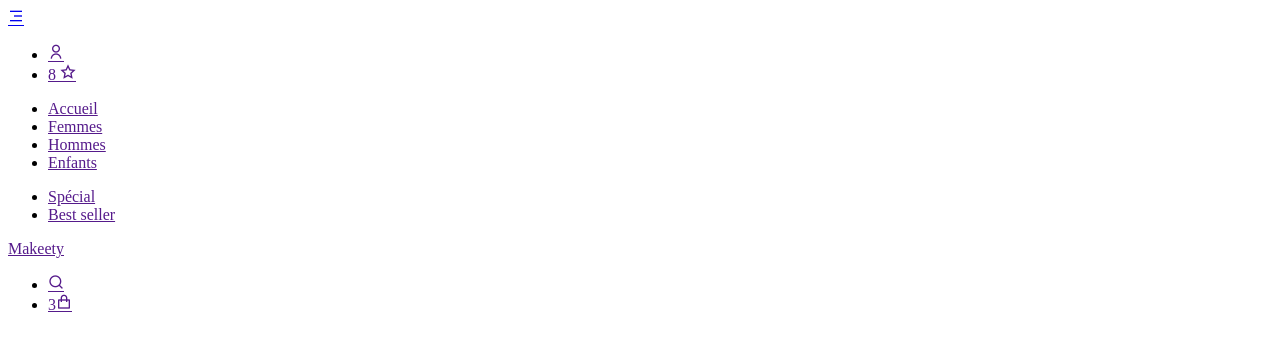
Repository: keita8/makeety-ecommerce
Page: index.html
An editor plug-in stored every save of this project. The page is shown before and after the next save, followed by the edit.
The browser window is 1280 px wide. The pictures show the whole page.

Above is the page before, as saved 2023-01-26 17:15:07.

After the next save:
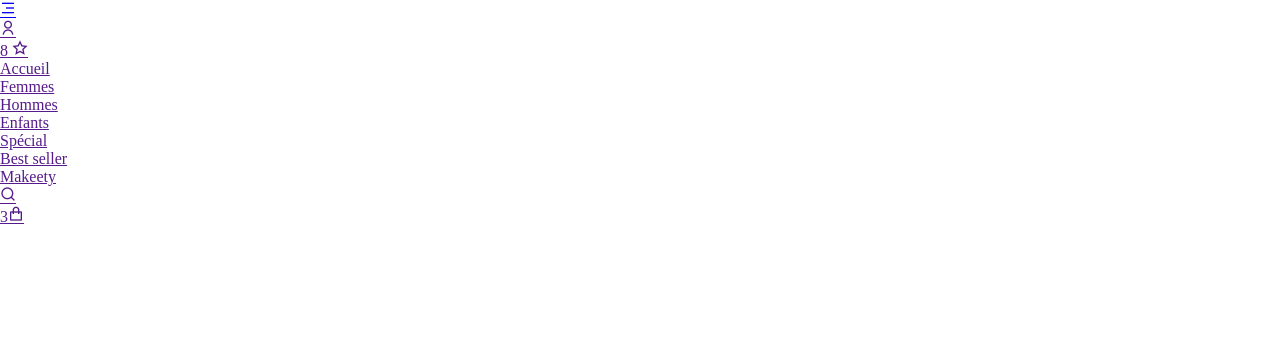
Saved 8 s later.
--- a/css/style.css
+++ b/css/style.css
@@ -26,5 +26,7 @@ html {
 }
 
 * {
-    margin: ;
+    margin: 0;
+    padding: 0;
+    box-sizing: border-box;
 }
